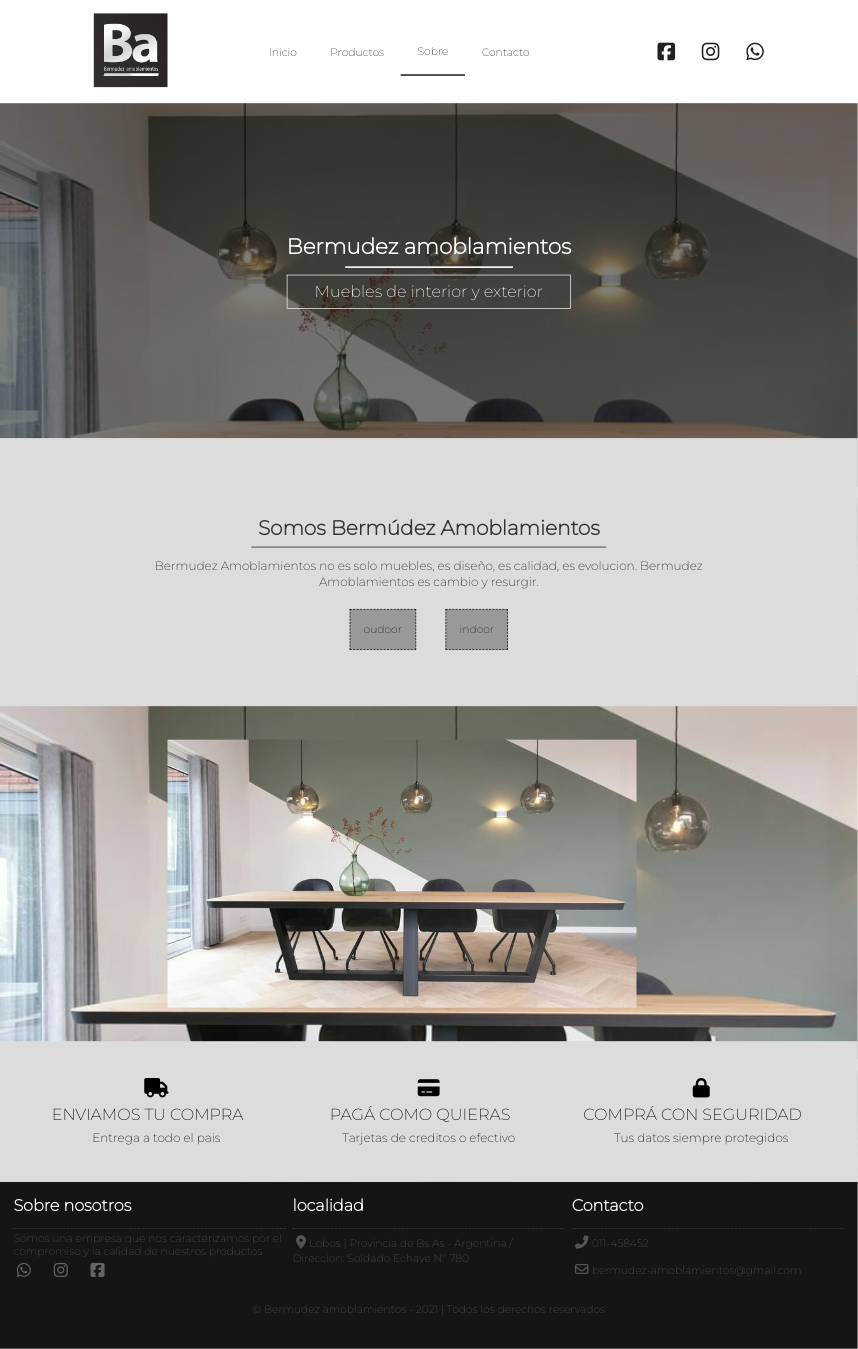
Repository: DamianBermudez94/Bermudez-amoblamientos
Page: index.html
These files come from the project's save history. The page is drawn as it stood at one moment and after the next save; the edit follows.
The browser window is 1280 px wide. The pictures show the whole page, at 67% of full size.
Backgrounds fixed to the window are drawn as part of the page. Some web libraries are served in a nearby version.

Above is the page before, as saved 2022-09-22 18:59:24.

After the next save:
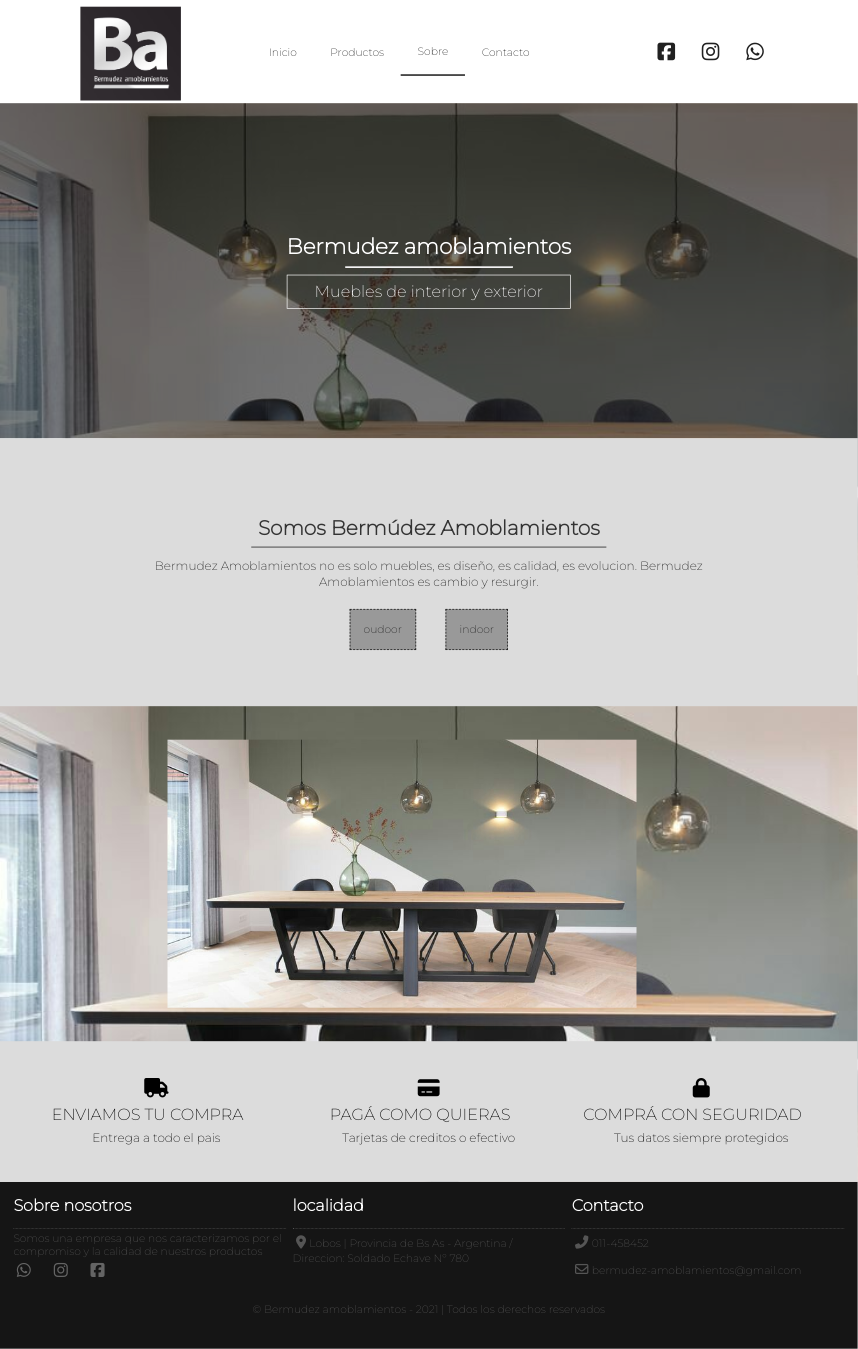
Saved 10 s later.
--- a/header/header.css
+++ b/header/header.css
@@ -294,7 +294,7 @@
     font-size: 24px;
     width: 150px;
     height: 150px;
-    padding: 20px;
+    padding: 10px 0 0 0;
     margin: 0;
   }
   .img_title {
